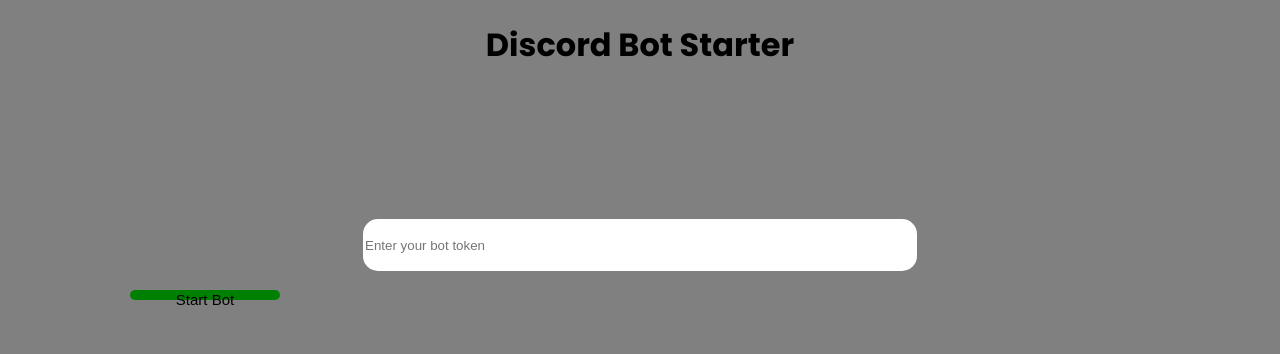
Repository: ranger2202/discord-bot-panel
Page: ranger-bot-runner/app/templates/landing.html
The author's editor kept a copy of each file at every save. The page is drawn from the files as they stood at one save, then again after the next save.
The browser window is 1280 px wide. The pictures show the whole page.

Above is the page before, as saved 2023-12-30 12:08:32.

After the next save:
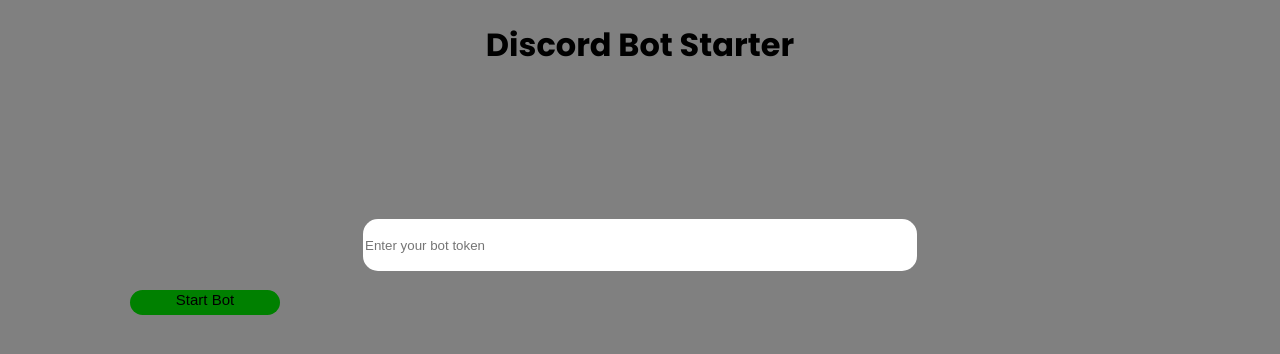
Saved 4 s later.
--- a/ranger-bot-runner/app/static/landing.css
+++ b/ranger-bot-runner/app/static/landing.css
@@ -11,7 +11,7 @@
     position: absolute;
     right: 500px;
     width: 150px;
-    height: 10px;
+    height: 25px;
     top: 145px;
 }
 .start-button button{
